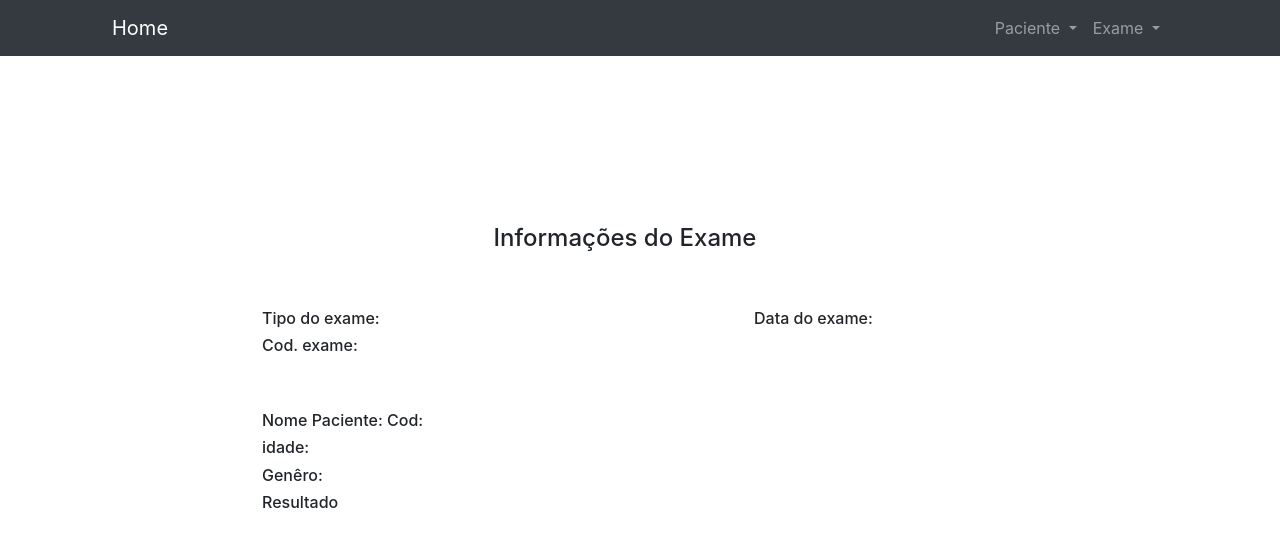
Repository: noobDevPRB/struts2_project
Page: http://localhost/Projeto_SOCTest/WEB-INF/jsp/exame/visualizar.jsp
The author's editor kept a copy of each file at every save. The page is drawn from the files as they stood at one save, then again after the next save.
The browser window is 1280 px wide. The pictures show the whole page.
The page is served by Tomcat 9. Nobody is signed in. The template is opened directly, without the code that normally fills it, so the values that code supplies are empty.

Above is the page before, as saved 2020-10-18 18:55:48.

After the next save:
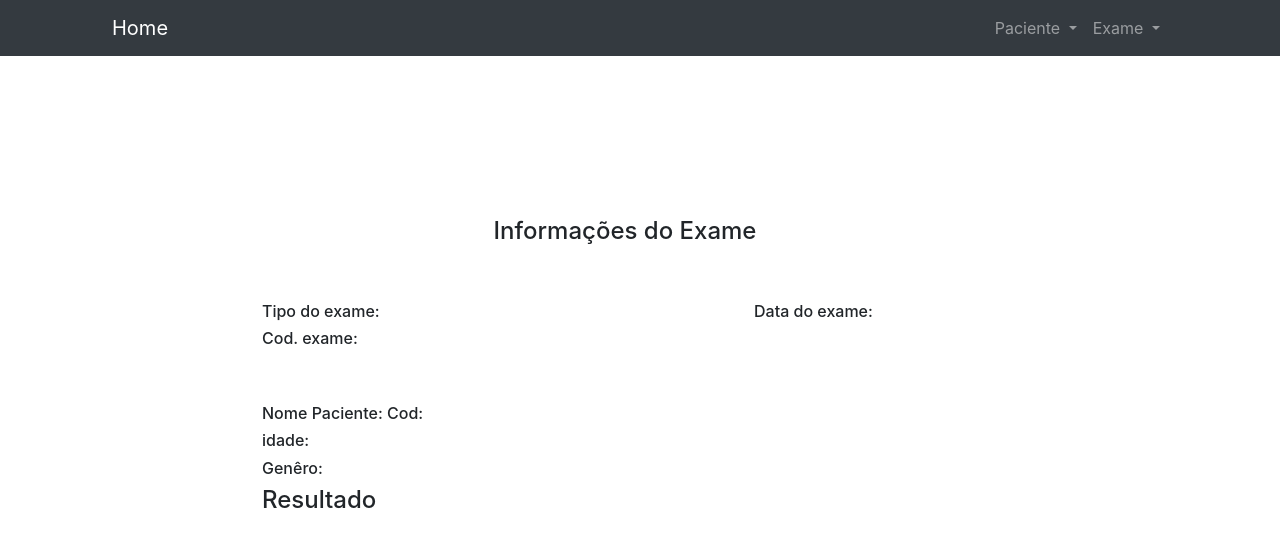
Saved 9 s later.
--- a/Projeto_SOCTest/WebContent/WEB-INF/jsp/exame/visualizar.jsp
+++ b/Projeto_SOCTest/WebContent/WEB-INF/jsp/exame/visualizar.jsp
@@ -55,7 +55,7 @@
 							<h6>${paciente.genero}</h6>
 						</div>
 					</div>
-					<h6>Resultado</h6>
+					<h4>Resultado</h4>
 				</div>
 
 			</div>
